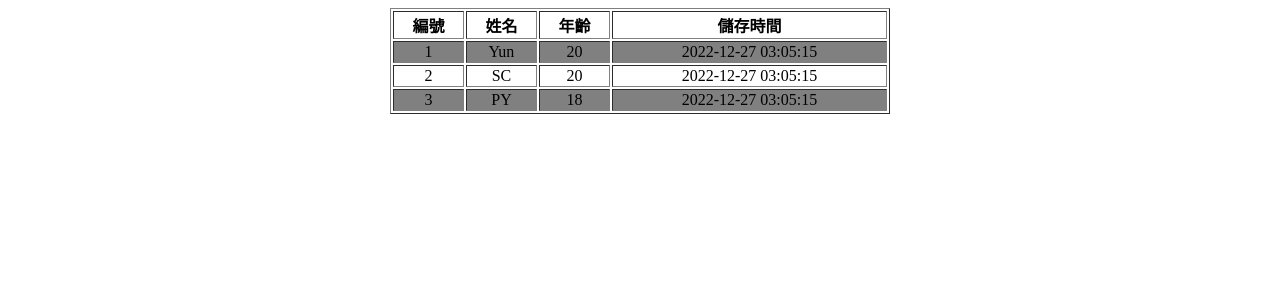
Repository: sc1314520/oce-test
Page: http://localhost/EE/jsp/basic/jstl_test.jsp
An editor plug-in stored every save of this project. The page is shown before and after the next save, followed by the edit.
The browser window is 1280 px wide. The pictures show the whole page.
The page is served by Tomcat 9. Nobody is signed in. The application's start-up code is not run. Other server files are loaded and not shown.

Above is the page before, as saved 2022-12-29 10:47:20.

### EE/src/main/webapp/jsp/basic/jstl_test.jsp
<%@page import="java.util.Date"%>
<%@page import="java.util.ArrayList"%>
<%@page import="java.util.List"%>
<%@page import="el.User"%>
<%@ page language="java" contentType="text/html; charset=UTF-8"
    pageEncoding="UTF-8"%>
<%@ taglib prefix="c" uri="http://java.sun.com/jsp/jstl/core" %>
<!DOCTYPE html>
<html>
<head>
<meta charset="UTF-8">
<title>Insert title here</title>
</head>
<body>
	<%
		List<User> list =new ArrayList<>();
		list.add(new User("Yun",20,new Date()));
		list.add(new User("SC",20,new Date()));
		list.add(new User("PY",18,new Date()));
		request.setAttribute("list", list);
	%>
	<table border="1" width="500" align="center">
		<tr>
			<th>編號</th>
			<th>姓名</th>
			<th>年齡</th>
			<th>儲存時間</th>
		</tr>
		<c:forEach items="${list}" var="user" varStatus="s">
			<c:if test="${s.count %2 ==0 }">
				<tr bgcolor="white">
					<td align="center">${s.count}</td>
					<td align="center">${user.name}</td>
					<td align="center">${user.age}</td>
					<td align="center">${user.birStr}</td>
				</tr>
			</c:if>
			<c:if test="${s.count %2 ==1 }">
				<tr bgcolor="gray">
					<td align="center">${s.count}</td>
					<td align="center">${user.name}</td>
					<td align="center">${user.age}</td>
					<td align="center">${user.birStr}</td>
				</tr>
			</c:if>
		</c:forEach>

	</table>
</body>
</html>

### EE/src/main/java/el/User.java
package el;

import java.text.SimpleDateFormat;
import java.util.Date;

public class User {
	private String name;
	private int age;
	private Date birthday;

	public User() {

	}

	public User(String name, int age, Date birthday) {

		this.name = name;
		this.age = age;
		this.birthday = birthday;
	}

	public String getBirStr() {
		// 格式化日期
		if(birthday!=null) {
			SimpleDateFormat sdf =new SimpleDateFormat("yyyy-MM-dd HH:mm:ss");
			return sdf.format(birthday);
		}
		return "";

	}

	public String getName() {
		return name;
	}
	public void setName(String name) {
		this.name = name;
	}
	public int getAge() {
		return age;
	}
	public void setAge(int age) {
		this.age = age;
	}
	public Date getBirthday() {
		return birthday;
	}
	public void setBirthday(Date birthday) {
		this.birthday = birthday;
	}
}

After the next save:
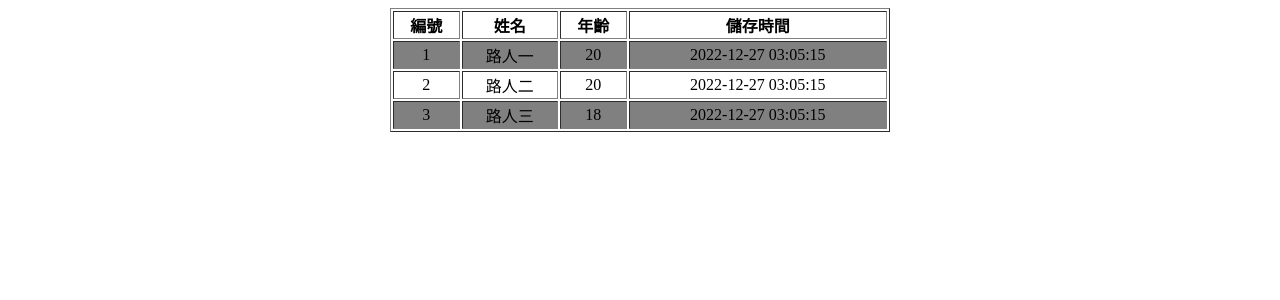
Saved 3 min 8 s later.
--- a/EE/src/main/webapp/jsp/basic/jstl_test.jsp
+++ b/EE/src/main/webapp/jsp/basic/jstl_test.jsp
@@ -14,9 +14,9 @@
 <body>
 	<%
 		List<User> list =new ArrayList<>();
-		list.add(new User("Yun",20,new Date()));
-		list.add(new User("SC",20,new Date()));
-		list.add(new User("PY",18,new Date()));
+		list.add(new User("路人一",20,new Date()));
+		list.add(new User("路人二",20,new Date()));
+		list.add(new User("路人三",18,new Date()));
 		request.setAttribute("list", list);
 	%>
 	<table border="1" width="500" align="center">
